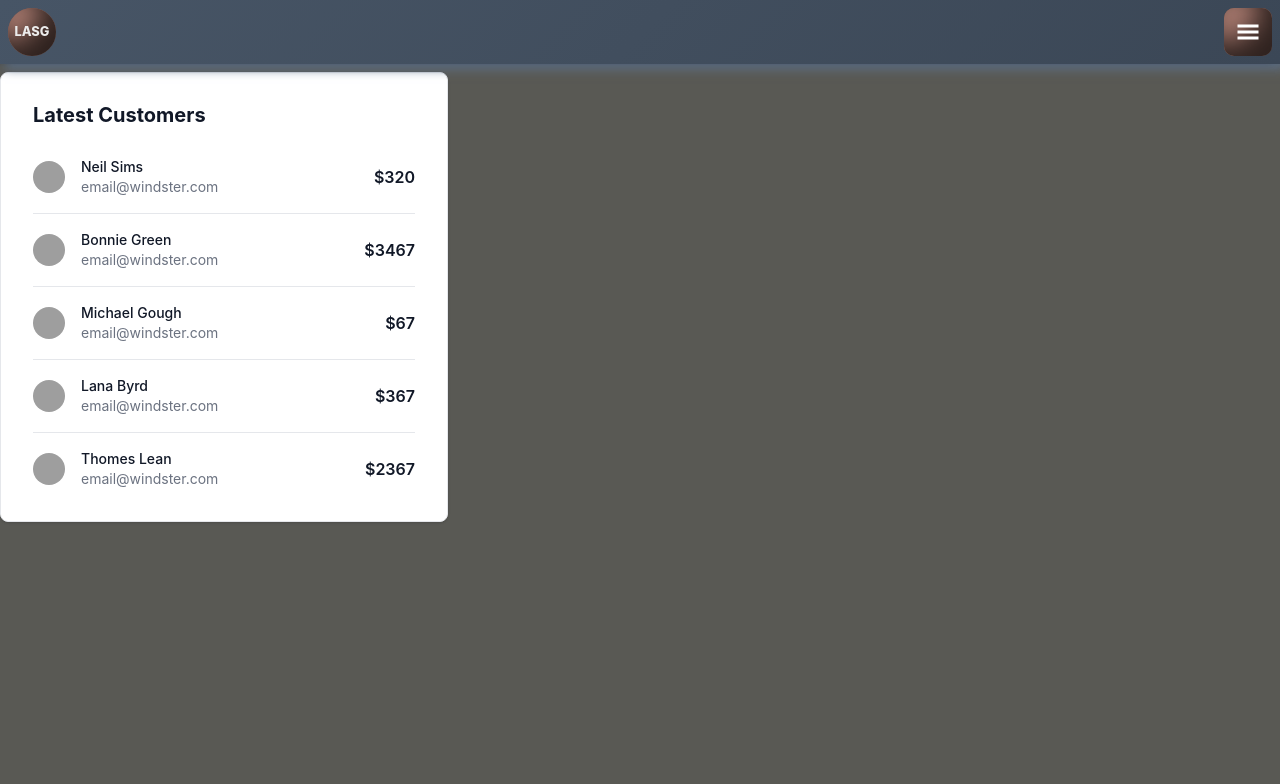
Repository: ShindanoSingi/LA-Swahili-Group
Page: /user (app in client/)
These files come from the project's save history. The page is drawn as it stood at one moment and after the next save; the edit follows.
The browser window is 1280 px wide. The pictures show the whole page.
Pictures or frames that could not be fetched are drawn as grey boxes. The project was rebuilt for these pictures with package versions that can differ from the ones it lists, and the page was loaded fresh each time. Also part of the build but not shown: client/src/pages/error/Error.css, client/src/pages/error/Error.js, client/src/pages/home/Home.js, client/src/pages/about/About.js, client/src/pages/contact/Contact.js, client/src/pages/login/Login.js.

Above is the page before, as saved 2024-02-07 23:28:56.

After the next save:
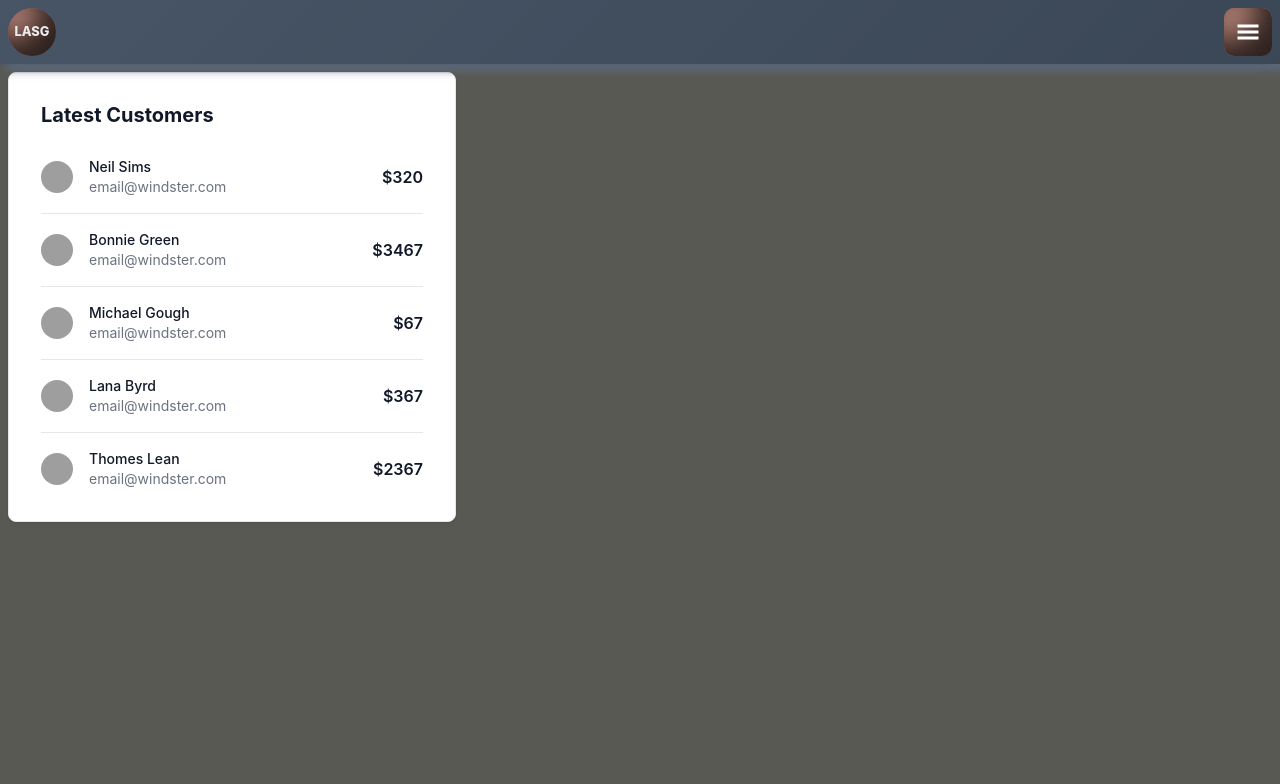
Saved 29 s later.
--- a/client/src/pages/userDashBoard/UserDashBoard.js
+++ b/client/src/pages/userDashBoard/UserDashBoard.js
@@ -2,7 +2,7 @@ import React from "react";
 
 function UserDashBoard() {
       return (
-            <div className="mt-[4rem] pt-2 min-h-[100vh] bg-[#595954] text-[#FFFFFF]">
+            <div className="mt-[4rem] pt-2 px-2 min-h-[100vh] bg-[#595954] text-[#FFFFFF]">
                   <div className="w-full max-w-md p-4 bg-white border border-gray-200 rounded-lg shadow sm:p-8 dark:bg-gray-800 dark:border-gray-700">
                         <div className="flex items-center justify-between mb-4">
                               <h5 className="text-xl font-bold leading-none text-gray-900 dark:text-white">
